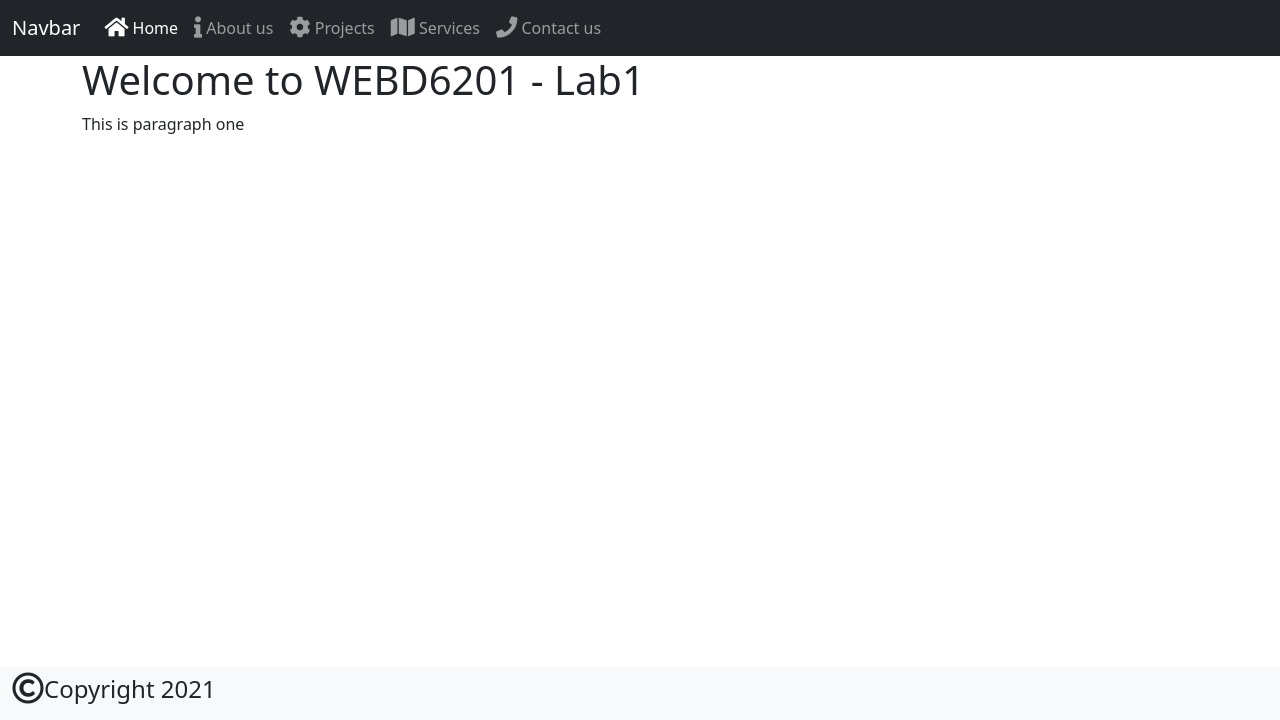
Repository: Hasib001/WEBD6201---W2021---ICE-1
Page: Contact.html
These files come from the project's save history. The page is drawn as it stood at one moment and after the next save; the edit follows.
The browser window is 1280 px wide. The pictures show the whole page.

Above is the page before, as saved 2021-02-06 14:30:31.

After the next save:
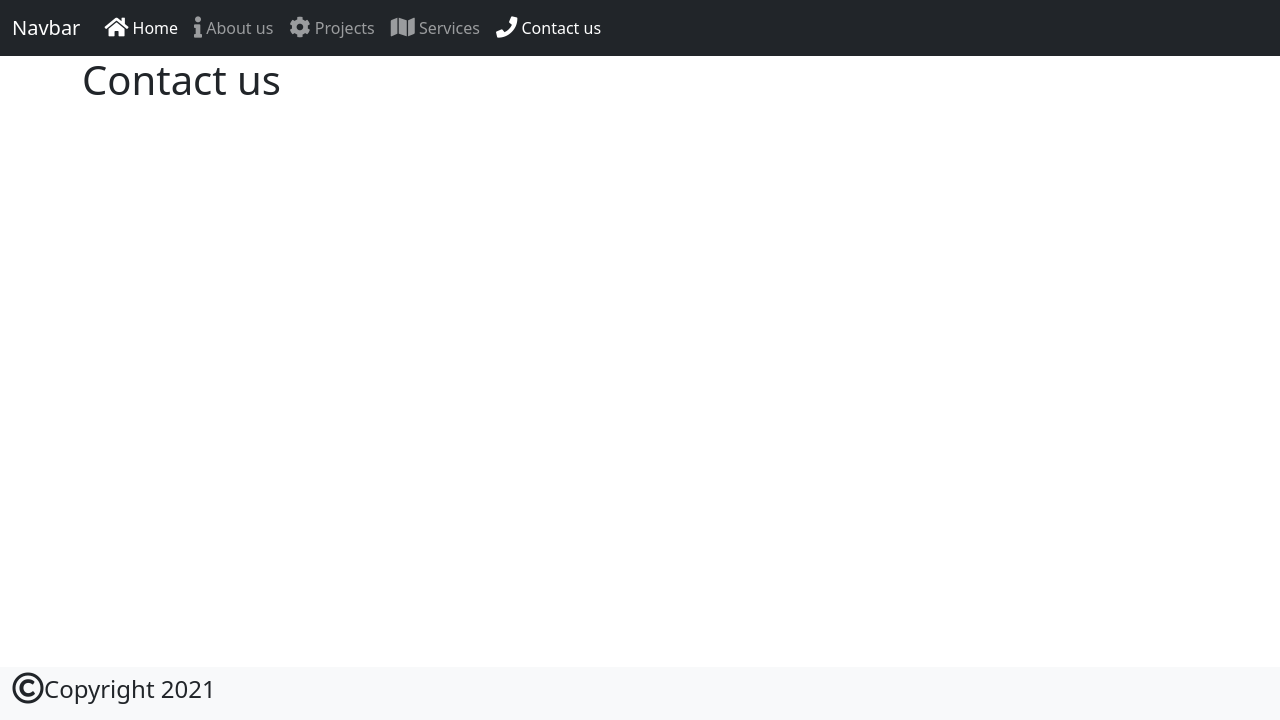
Console error: TypeError: Cannot set properties of null (setting 'textContent')
Saved 14 s later.
--- a/Contact.html
+++ b/Contact.html
@@ -3,14 +3,14 @@
 <head>
     <meta charset="UTF-8">
     <meta name="viewport" content="width=device-width, initial-scale=1.0">
-    <title>WEBD6201 - W2021 - ICE 1</title>
+    <title>Contact</title>
     <!--CSS Section -->
     <link rel="stylesheet" href="./node_modules/bootstrap/dist/css/bootstrap.min.css">
     <link rel="stylesheet" href="./node_modules/@fortawesome/fontawesome-free/css/all.css">
     <link rel="stylesheet" href="./Content/app.css" >
 </head>
 <body>
-
+  <!-- navigation-->
     <header>
         <nav class="navbar navbar-expand-lg navbar-dark bg-dark">
             <div class="container-fluid">
@@ -21,23 +21,23 @@
               <div class="collapse navbar-collapse" id="navbarSupportedContent">
                 <ul class="navbar-nav me-auto mb-2 mb-lg-0">
                   <li class="nav-item">
-                    <a class="nav-link active" aria-current="page" href="#"><i class="fas fa-home fa-lg"></i> Home</a>
+                    <a class="nav-link active" aria-current="page" href="index.html"><i class="fas fa-home fa-lg"></i> Home</a>
                   </li>
 
                   <li class="nav-item">
-                    <a class="nav-link" aria-current="page" href="#"><i class="fas fa-info fa-lg"></i> About us</a>
+                    <a class="nav-link" aria-current="page" href="About.html"><i class="fas fa-info fa-lg"></i> About us</a>
                   </li>
 
                   <li class="nav-item">
-                    <a class="nav-link" aria-current="page" href="#"><i class="fas fa-cog fa-lg"></i> Projects</a>
+                    <a class="nav-link" aria-current="page" href="Projects.html"><i class="fas fa-cog fa-lg"></i> Projects</a>
                   </li>
 
                   <li class="nav-item">
-                    <a class="nav-link" aria-current="page" href="#"><i class="fas fa-map fa-lg"></i> Services</a>
+                    <a class="nav-link" aria-current="page" href="Services.html"><i class="fas fa-map fa-lg"></i> Services</a>
                   </li>
 
                   <li class="nav-item">
-                    <a class="nav-link" aria-current="page" href="#"><i class="fas fa-phone fa-lg"></i> Contact us</a>
+                    <a class="nav-link active" aria-current="page" href="Contact.html"><i class="fas fa-phone fa-lg"></i> Contact us</a>
                   </li>
 
                 </ul>
@@ -48,13 +48,15 @@
 
     </header>
 
+    <!--main content-->
     <div>
         <main class="container">
-            <h1>Welcome to WEBD 6201</h1>
-            <p id="paragraphOne"></p>
+            <h1>Contact us</h1>
+
         </main>
     </div>
 
+    <!--main footer-->
     <footer>
         <nav class="navbar fixed-bottom navbar-light bg-light">
             <div class="container-fluid">
